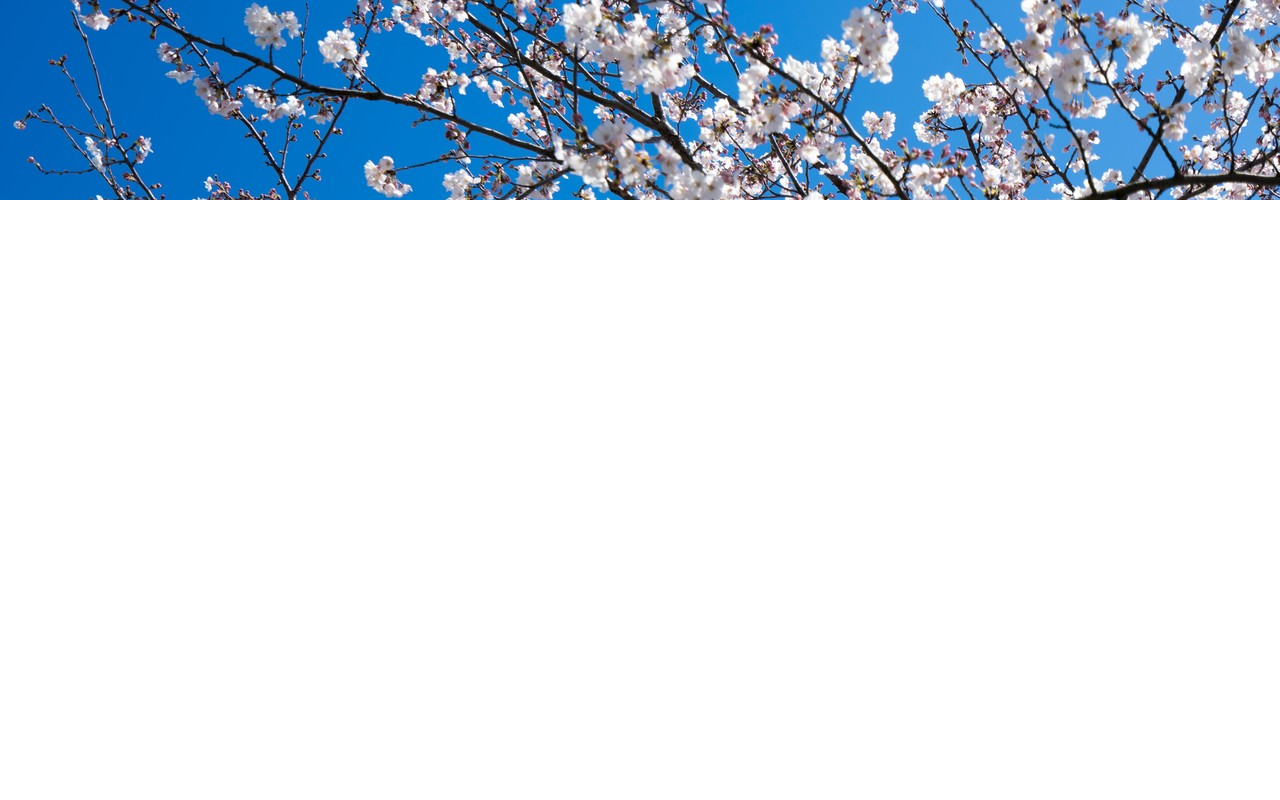
Repository: rascalNoShippo/git-practice
Page: chapter6_exercise/index.html
The author's editor kept a record of every edit. The page is drawn from the files as they stood at one moment, then again after the next edit.
The browser window is 1280 px wide. The pictures show the whole page.

Above is the page before.

After the next edit:
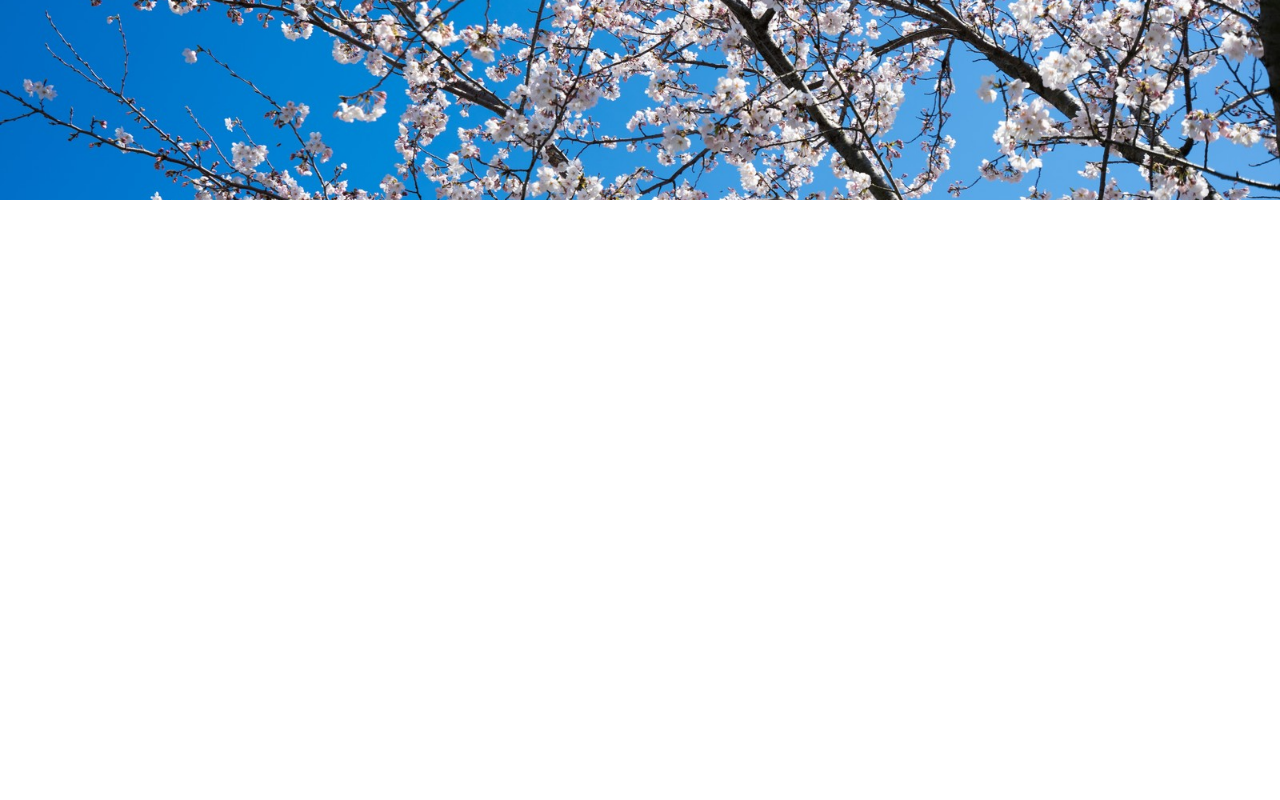
The edit:
--- a/chapter6_exercise/style.css
+++ b/chapter6_exercise/style.css
@@ -6,6 +6,8 @@
 .bgimg{
   height: 200px;
   width: 100%;
+  background-size: cover;
+  background-position: center;
 }
 
 .bgimg.no1{
